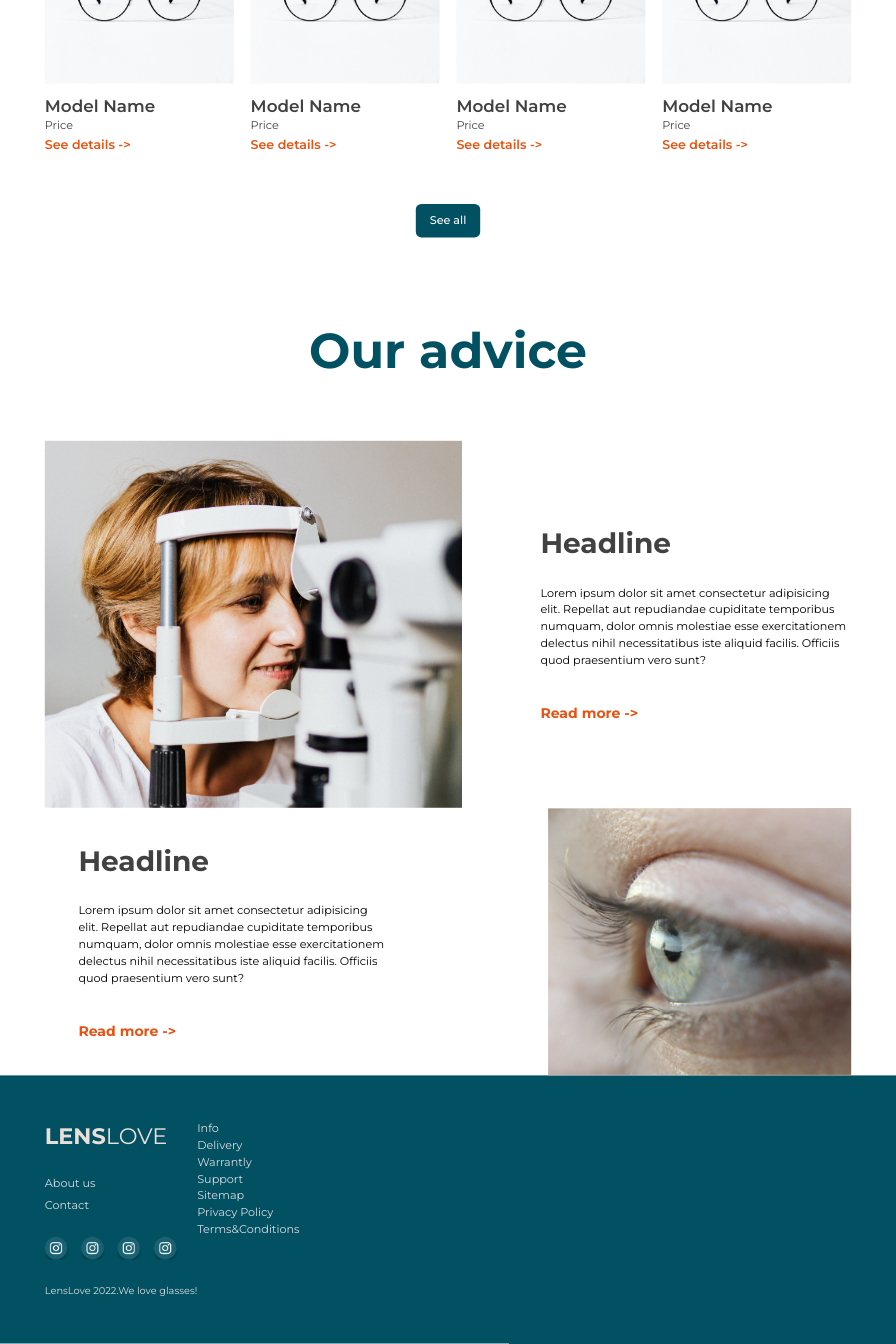
Repository: thienthanhvinh/glasses-react
Page: /
These files come from the project's save history. The page is drawn as it stood at one moment and after the next save; the edit follows.
The browser window is 1280 px wide. The pictures show the part of the page from y = 3725 to 5645 px (the page is 5645 px tall), at 70% of full size.
The project was rebuilt for these pictures with package versions that can differ from the ones it lists, and the page was loaded fresh each time. Also part of the build but not shown: src/App.css, src/components/common/FormGroup.js, src/components/input/Input.js, src/components/label/Label.js, src/hooks/useDarkMode.js, src/layout/LayoutAuthentication.js, src/components/icons/IconEyeToggle.js, src/pages/SignInPage.js and 1 more.

Above is the page before, as saved 2023-02-13 10:25:16.

After the next save:
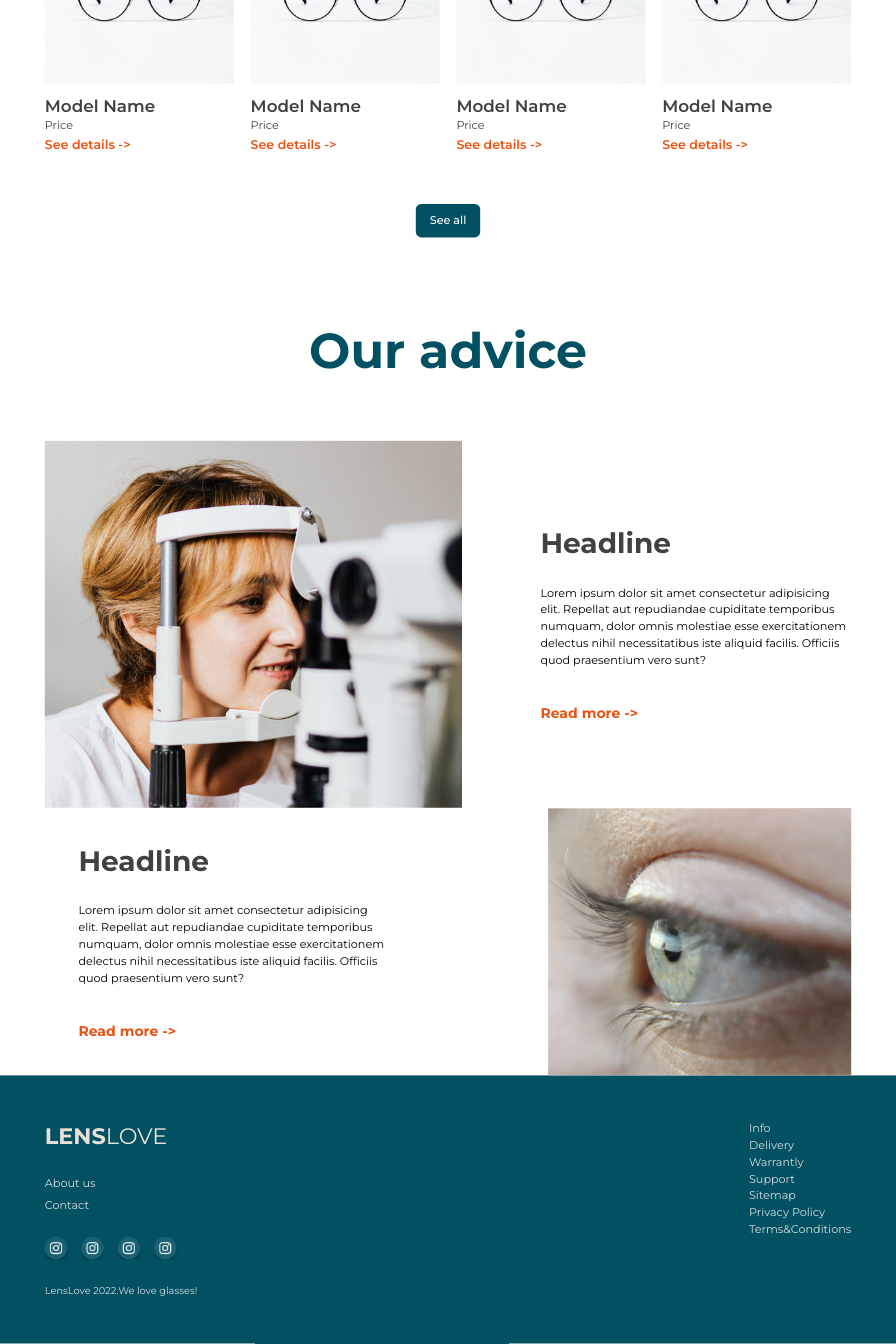
Saved 37 s later.
--- a/src/layout/LayoutFooter.js
+++ b/src/layout/LayoutFooter.js
@@ -3,7 +3,7 @@ import { Link } from 'react-router-dom';
 
 const LayoutFooter = () => {
     return (
-        <div className='bg-primary flex px-16 py-16 text-gray-white'>
+        <div className='bg-primary flex justify-between px-16 py-16 text-gray-white'>
             <div className='flex flex-col'>
                 <h2 className='text-secondary font-extrabold text-[32px] leading-[46px] mb-8'>LENS<span className='font-normal'>LOVE</span></h2>
                 <Link to="/about" className='mb-2'>About us</Link>
